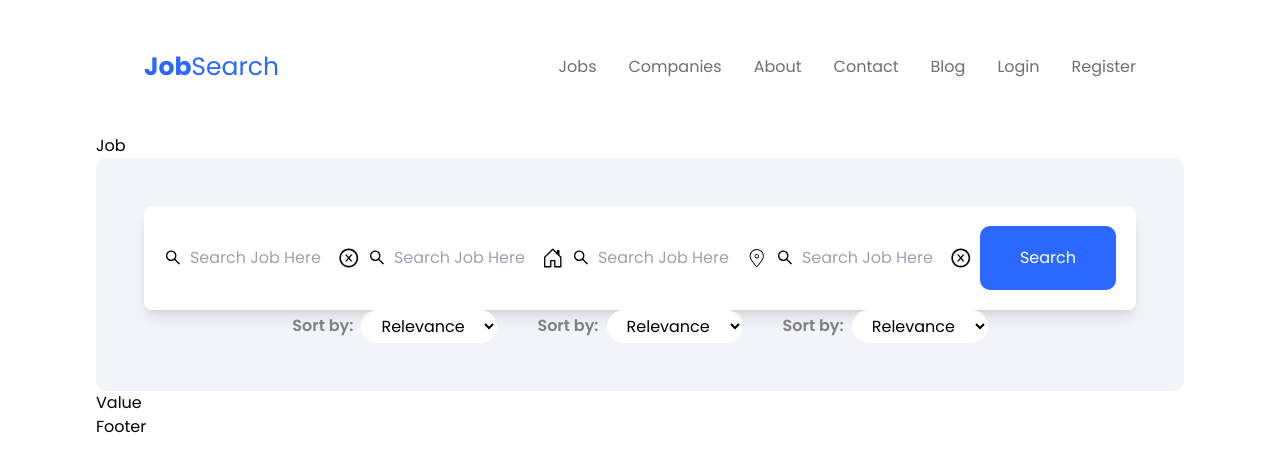
Repository: countaustin1990/Job-Search-website
Page: / (app in vite-project/)
The author's editor kept a copy of each file at every save. The page is drawn from the files as they stood at one save, then again after the next save.
The browser window is 1280 px wide. The pictures show the whole page.
The project was rebuilt for these pictures with package versions that can differ from the ones it lists, and the page was loaded fresh each time. Also part of the build but not shown: vite-project/vite.config.js.

Above is the page before, as saved 2023-08-12 17:52:15.

After the next save:
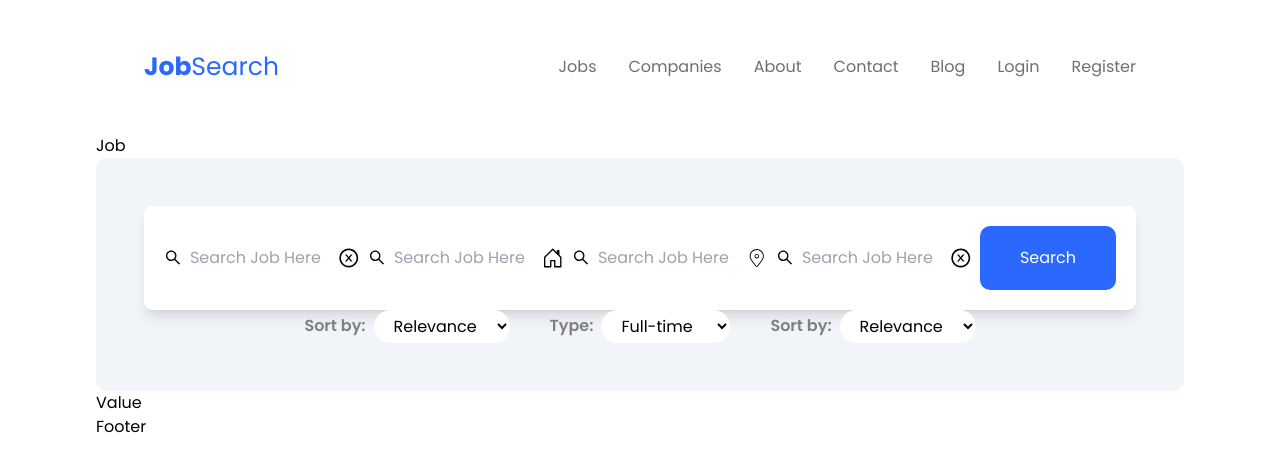
Saved 3 min 59 s later.
--- a/vite-project/src/components/Search.jsx
+++ b/vite-project/src/components/Search.jsx
@@ -57,14 +57,14 @@ const Search = () => {
 
                 <div className='singleSearch flex items-center gap-2'>
                     <label htmlFor='relevance' className='text-[#808080] font-semibold'>
-                        Sort by:
+                        Type:
                     </label>
 
                     <select name='' id='relevance' className='bg-white rounded-[34px] px-4 py-1'>
-                        <option value=''>Relevance</option>
-                        <option value=''>Inclusive</option>
-                        <option value=''>Start with</option>
-                        <option value=''>Contains</option>
+                        <option value=''>Full-time</option>
+                        <option value=''>Remote</option>
+                        <option value=''>Contract</option>
+                        <option value=''>Part-time</option>
                     </select>
                 </div>
 
